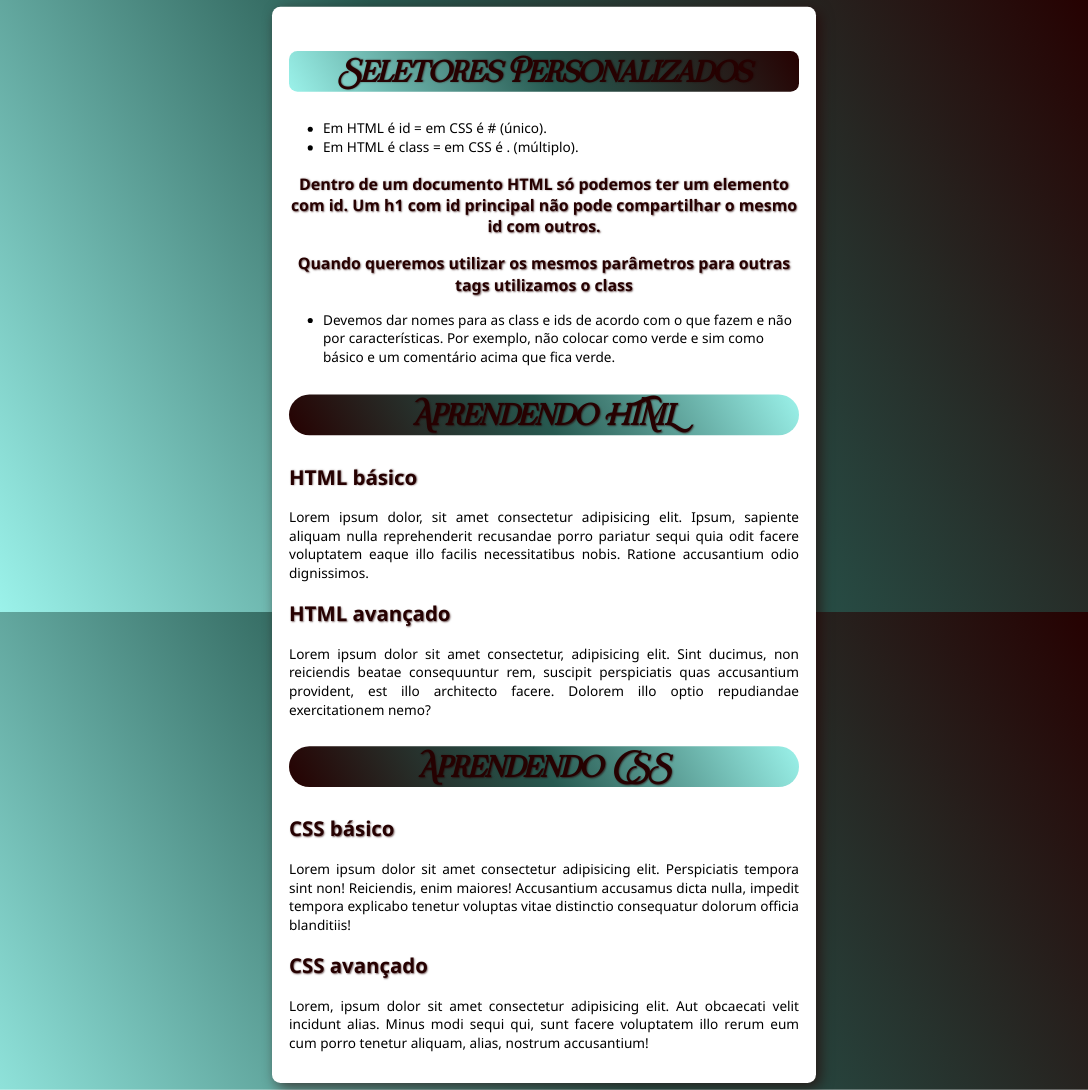
Repository: Willcmorais/vscode-workspace
Page: html-css/curso-em-video/modulo02/estudos/ex024-seletores-personaliz/index.html
These files come from the project's save history. The page is drawn as it stood at one moment and after the next save; the edit follows.
The browser window is 1280 px wide. The pictures show the whole page, at 85% of full size.
Backgrounds fixed to the window are drawn as part of the page.

Above is the page before, as saved 2024-09-23 10:08:50.

### html-css/curso-em-video/modulo02/estudos/ex024-seletores-personaliz/index.html
<!DOCTYPE html>
<html lang="pt-br">

<head>
    <meta charset="UTF-8">
    <meta name="viewport" content="width=device-width, initial-scale=1.0">
    <title>Usando o id com CSS</title>
    <link rel="stylesheet" href="style.css">
    <style>
        @font-face {
            font-family: 'Rusilla';
            src: url('fonts/Rusillaserif-Regular.ttf') format('opentype');
            font-weight: normal;
            font-style: normal;
        }
    </style>
</head>

<body>
    <main>
        <h1 id="principal">Seletores Personalizados</h1>
        <ul>
            <li>Em HTML é id = em CSS é # (único).</li>
            <li>Em HTML é class = em CSS é . (múltiplo).</li>
        </ul>
        <h3>Dentro de um documento HTML só podemos ter um elemento com id. Um h1 com id principal não pode compartilhar
            o mesmo id com outros.</h3>
        <h3>Quando queremos utilizar os mesmos parâmetros para outras tags utilizamos o class</h3>
        <ul>
            <li>Devemos dar nomes para as class e ids de acordo com o que fazem e não por características. Por exemplo,
                não
                colocar como verde e sim como básico e um comentário acima que fica verde.</li>
        </ul>
        <h1 class="basico">Aprendendo HTML</h1>
        <h2>HTML básico</h2>
        <p>Lorem ipsum dolor, sit amet consectetur adipisicing elit. Ipsum, sapiente aliquam nulla reprehenderit
            recusandae porro pariatur sequi quia odit facere voluptatem eaque illo facilis necessitatibus nobis. Ratione
            accusantium odio dignissimos.</p>
        <h2>HTML avançado</h2>
        <p>Lorem ipsum dolor sit amet consectetur, adipisicing elit. Sint ducimus, non reiciendis beatae consequuntur
            rem, suscipit perspiciatis quas accusantium provident, est illo architecto facere. Dolorem illo optio
            repudiandae exercitationem nemo?</p>
        <h1 class="basico">Aprendendo CSS</h1>
        <h2>CSS básico</h2>
        <p>Lorem ipsum dolor sit amet consectetur adipisicing elit. Perspiciatis tempora sint non! Reiciendis, enim
            maiores! Accusantium accusamus dicta nulla, impedit tempora explicabo tenetur voluptas vitae distinctio
            consequatur dolorum officia blanditiis!</p>
        <h2>CSS avançado</h2>
        <p>Lorem, ipsum dolor sit amet consectetur adipisicing elit. Aut obcaecati velit incidunt alias. Minus modi
            sequi qui, sunt facere voluptatem illo rerum eum cum porro tenetur aliquam, alias, nostrum accusantium!</p>

    </main>

</body>

</html>

### html-css/curso-em-video/modulo02/estudos/ex024-seletores-personaliz/style.css
@charset "utf8";

* {
    /*safe combination, ele usa a primeira letra q achar*/
    font-family: 'Segoe UI', Tahoma, Geneva, Verdana, sans-serif;
}

body {
    background-image: linear-gradient(-120deg, #260101, #275950, #9BF2EA);
    background-attachment: fixed;
}

img {
    /* As imagens são inline por padrão, então precisamos torná-las block */
    display: block;
    /* Centraliza horizontalmente */
    margin: 0 auto;
}

main {
    background-color: white;
    /*arredonda as bordas*/
    border-radius: 10px;
    /*1 parametro é o lado da sombra, 2 é para baixo, 3 é o quanto espalha e 4 o quanto de transparência tem(ou cor)*/
    box-shadow: 5px 5px 15px rgba(38, 1, 1, 0.619);
    /*largura do recorte*/
    width: 600px;
    /*distancia das bordas com o conteúdo*/
    padding: 20px;
    /*altera automaticamente a margem para o centro da tela*/
    margin: auto;
}

h1#principal {
    font: italic bolder 3em 'Rusilla';
    text-align: center;
    color: #260101;
    background-image: linear-gradient(-120deg, #260101, #275950, #9BF2EA);
    border-radius: 10px;
    /*mesmos parametros para o box-shadow*/
    text-shadow: 1px 1px 2px rgba(38, 1, 1, 0.615);
}

.basico {
    font: italic bolder 3em 'Rusilla';
    text-align: center;
    color: #260101;
    background-image: linear-gradient(-120deg, #9BF2EA, #275950, #260101);
    border-radius: 30px;
    /*mesmos parametros para o box-shadow*/
    text-shadow: 1px 1px 2px rgba(38, 1, 1, 0.615);
}

h1 {
    text-align: center;
    color: #260101;
    /*mesmos parametros para o box-shadow*/
    text-shadow: 1px 1px 2px rgba(38, 1, 1, 0.615);
}

h2 {
    color: #260101;
    text-shadow: 1px 1px 2px rgba(38, 1, 1, 0.615);
}

h3 {
    text-align: center;
    color: #260101;
    text-shadow: 1px 1px 2px rgba(38, 1, 1, 0.615);
}

p {
    text-align: justify;
}

After the next save:
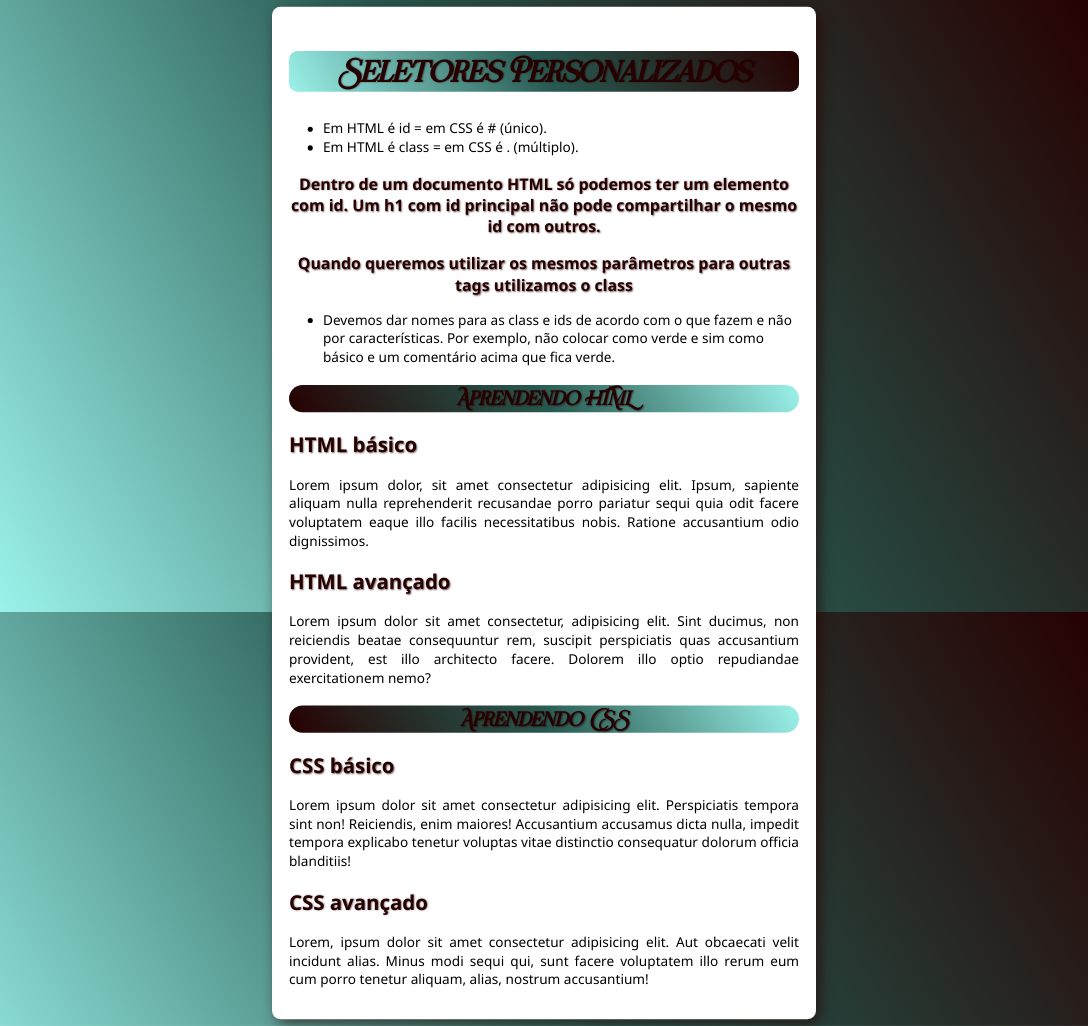
Saved 18 s later.
--- a/html-css/curso-em-video/modulo02/estudos/ex024-seletores-personaliz/style.css
+++ b/html-css/curso-em-video/modulo02/estudos/ex024-seletores-personaliz/style.css
@@ -42,7 +42,7 @@ h1#principal {
 }
 
 .basico {
-    font: italic bolder 3em 'Rusilla';
+    font: italic bolder 2em 'Rusilla';
     text-align: center;
     color: #260101;
     background-image: linear-gradient(-120deg, #9BF2EA, #275950, #260101);
